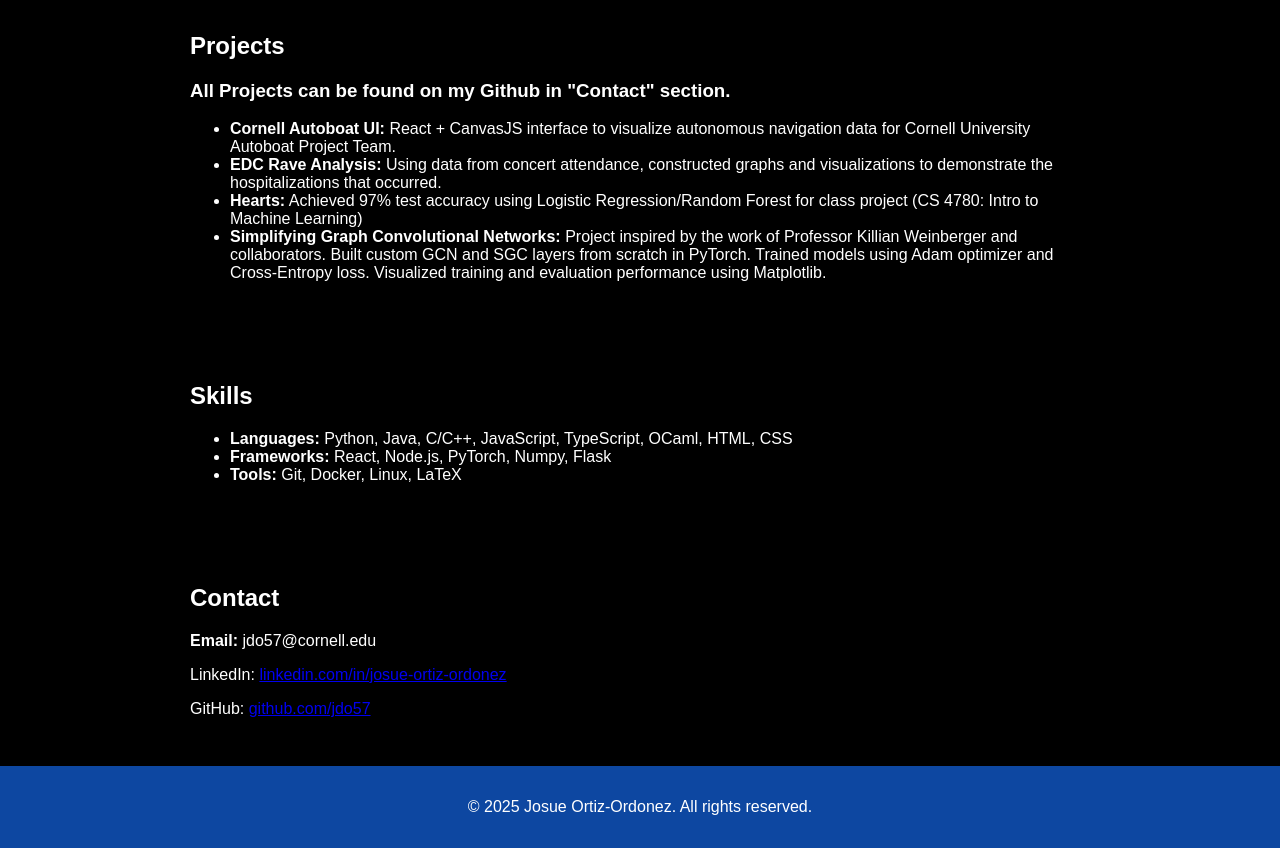
Repository: jdo57/Website
Page: index.html
An editor plug-in stored every save of this project. The page is shown before and after a run of saves, followed by the edit.
The browser window is 1280 px wide. The pictures show the part of the page from y = 1281 to 2129 px (the page is 2129 px tall).
A picture or video elsewhere on the page could not be fetched, so the positions and the page height are approximate.

Above is the page before, as saved 2025-05-26 21:42:45.

After the next 3 saves:
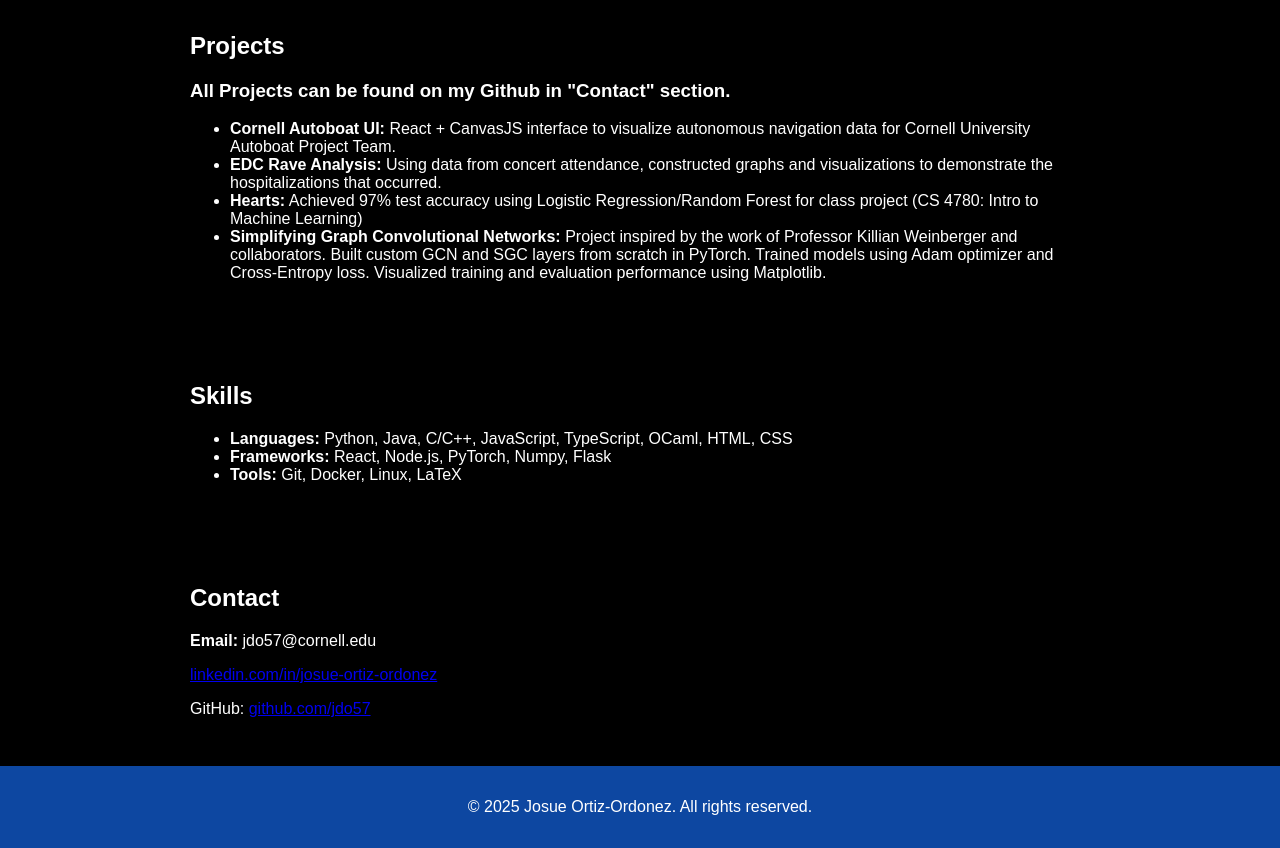
The 3 saves are shown as one change because they came seconds apart.
The last was saved 19 s later.
--- a/index.html
+++ b/index.html
@@ -135,7 +135,7 @@
   <section id="contact">
     <h2>Contact</h2>
     <p><strong> Email:</strong> jdo57@cornell.edu</p>
-    <p>LinkedIn: <a href="https://www.linkedin.com/in/josue-ortiz-ordonez/" target="_blank">linkedin.com/in/josue-ortiz-ordonez</a></p>
+    <p><strong> </strong> <a href="https://www.linkedin.com/in/josue-ortiz-ordonez/" target="_blank">linkedin.com/in/josue-ortiz-ordonez</a></p>
     <p>GitHub: <a href="https://github.com/jdo57" target="_blank">github.com/jdo57</a></p>
   </section>
 
